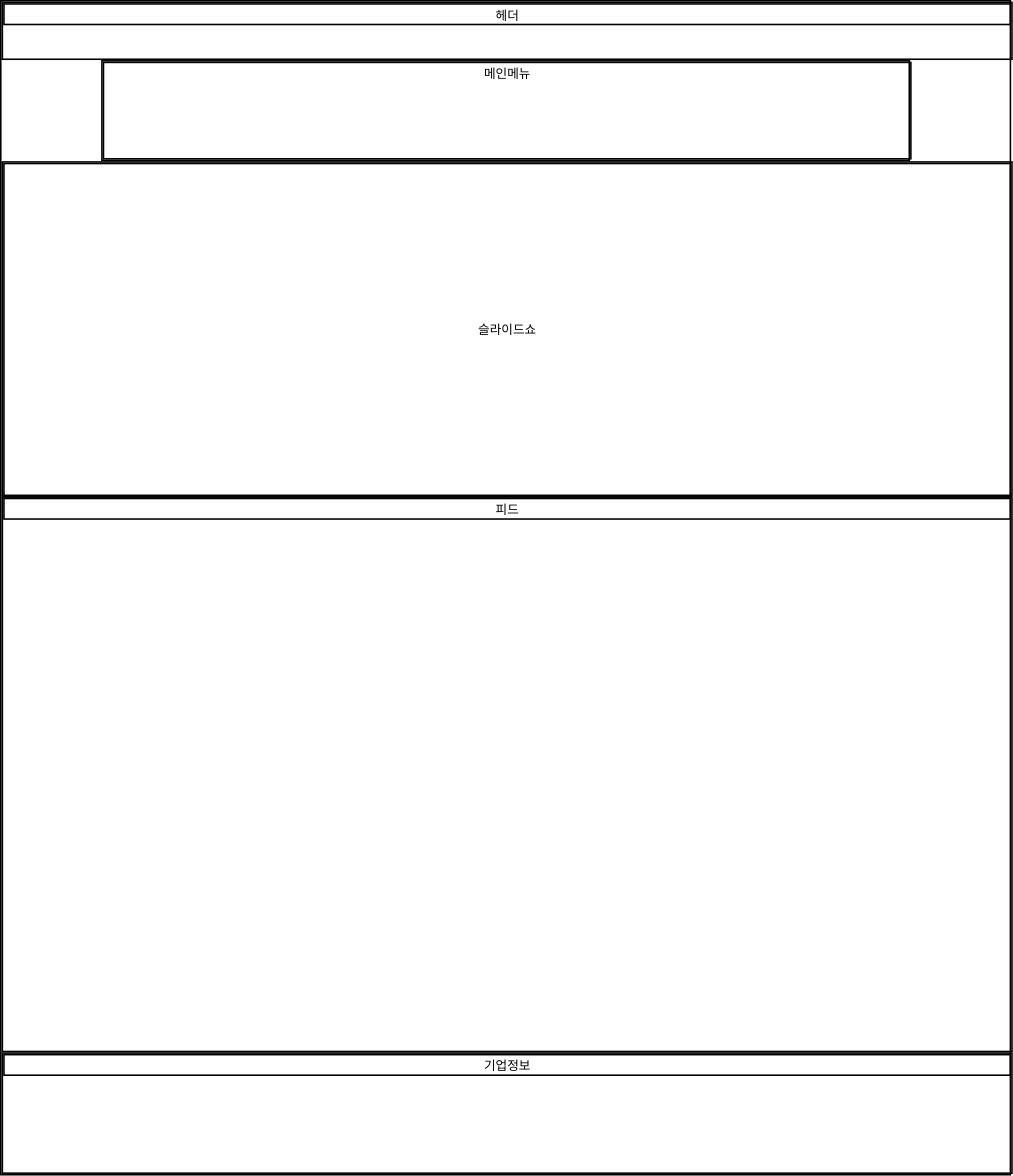
Repository: JHooniie/mini-Project
Page: http://localhost/Project-UIUX/index.jsp
An editor plug-in stored every save of this project. The page is shown before and after the next save, followed by the edit.
The browser window is 1280 px wide. The page is 1282 px wide, so the pictures cover 1282 px, including what lies to the right of the window. The pictures show the whole page, at 79% of full size.
The page is served by Tomcat 9.

Above is the page before, as saved 2022-07-02 08:38:04.

### Project-UIUX/src/main/webapp/index.jsp
<%@ page language="java" contentType="text/html; charset=UTF-8"
    pageEncoding="UTF-8"%>
<% request.setCharacterEncoding("UTF-8");%>
<!DOCTYPE html>
<html>
	<head>
		<meta charset="UTF-8">
		<title>Insert title here</title>
		<link rel="stylesheet" type="text/css" href="css/common.css">
		<link rel="stylesheet" type="text/css" href="css/menu.css">
		<link rel="stylesheet" type="text/css" href="css/index.css">
		<script src="js/jquery-3.6.0.min.js"></script>
		<script src="js/mainPage/subMenu.js"></script>
	</head>
	<body>
	<div id="wrap">
	<header>
		<div id="top-headBox">
			<div>
			헤더
			</div>
	 	</div>
	</header>
	 <nav>
		<div id="menuBox">
			<div id="mainMenuBox">
			메인메뉴
			</div>
			<div id="subMenuBox">
			서브메뉴
			</div>
	 	</div>
	 </nav>
	 <section>
	 	<article>
		<div id="slideBox">
			<div>
			슬라이드쇼
			</div>
	 	</div>
	 	</article>
	 	<article>
		<div id="feed">
			<div>
			피드
			</div>
	 	</div>
	 	</article>
	 </section>
	 <footer>
	 	<div id="ent-info">
			<div>
			기업정보
			</div>
	 	</div>
	 </footer>
	</div>
	</body>
</html>

### Project-UIUX/src/main/webapp/css/common.css
@charset "UTF-8";

*{
	margin:0;
	padding:0;
	text-align:center;
		}

wrap {
	position:relative;
	margin:0;
		}

### Project-UIUX/src/main/webapp/css/index.css
@charset "UTF-8";

div {
	border:solid black 2px;
}

ul {
	type:none;
}
/*******************탑 박스***********************/
#top-headBox{
	width:100%;
	height:70px;
	margin:0;
}
/********************메뉴박스***********************/
#menuBox{
	position:relative;
	width:80%;
	margin:0 auto;
}

#mainMenuBox{
	position:relative;
	width:100%;
	height:120px;
	margin:0;
}

#subMenuBox{
	position:absolute;
	width:100%;
	height:220px;
	z-index:10;
	margin:0;
	visibility:hidden;

}

/*******************섹션*************************/
#slideBox{
	position:relative;
	width:100%;
	height:420px;
	line-height:420px;
	margin:0;
}

#feed{
	position:relative;
	width:100%;
	height:700px;
	margin:0;
}

/*****************footer************************/

#ent-info{
	position:relative;
	width:100%;
	height:150px;
	margin:0;
}

### Project-UIUX/src/main/webapp/js/mainPage/subMenu.js
/**
 *
 */
 $(document).ready(function() {
  $('#mainMenuBox').hover(function(){
						$('#subMenuBox').css('visibility', 'visible');
						},
						function(){
						$('#subMenuBox').css('visibility', 'hidden');
						});
});

Loaded but not shown: Project-UIUX/src/main/webapp/css/menu.css (common file); Project-UIUX/src/main/webapp/js/jquery-3.6.0.min.js (library)

After the next save:
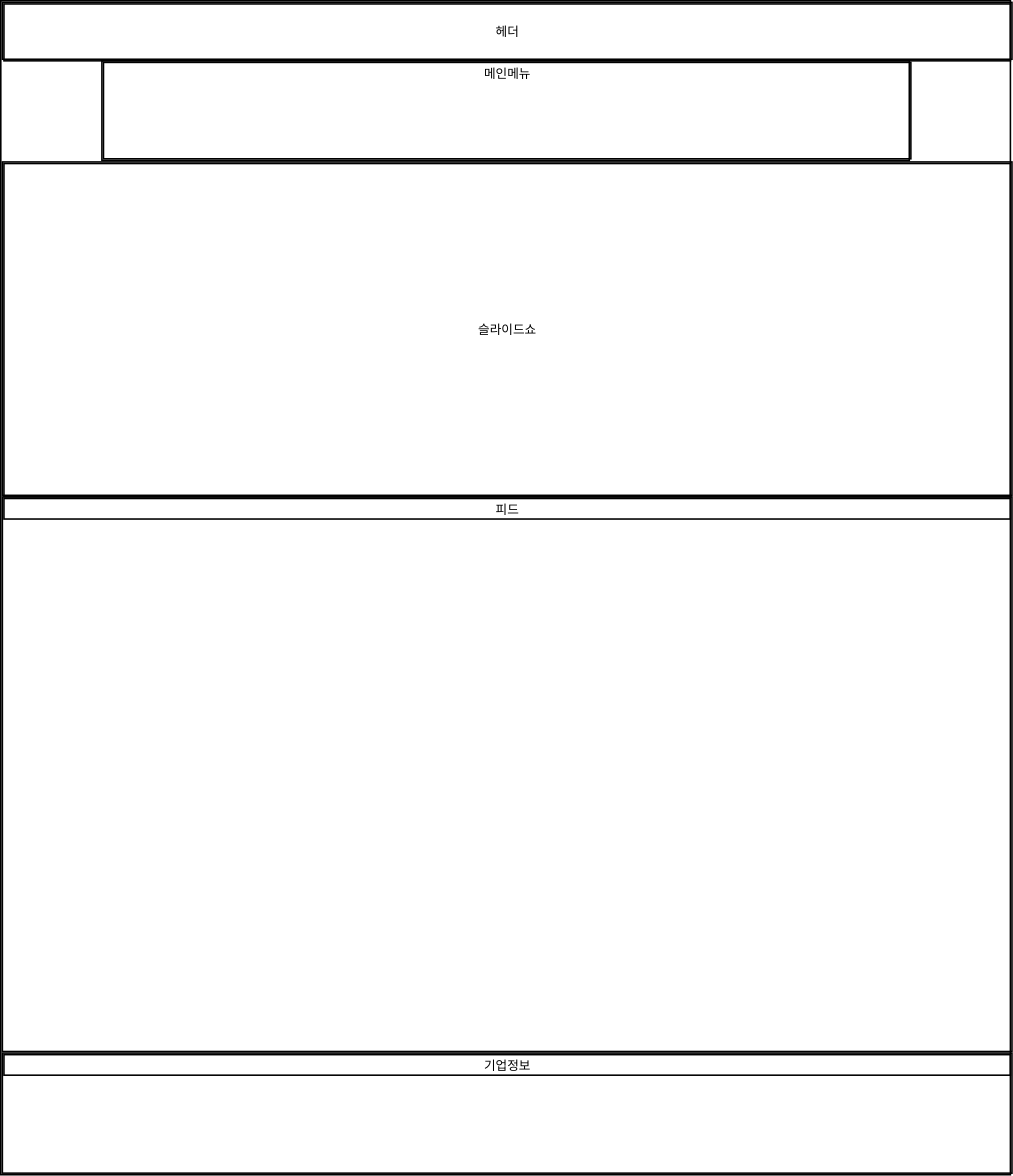
Saved 38 s later.
--- a/Project-UIUX/src/main/webapp/css/index.css
+++ b/Project-UIUX/src/main/webapp/css/index.css
@@ -11,6 +11,7 @@ ul {
 #top-headBox{
 	width:100%;
 	height:70px;
+	line-height:70px;
 	margin:0;
 }
 /********************메뉴박스***********************/
